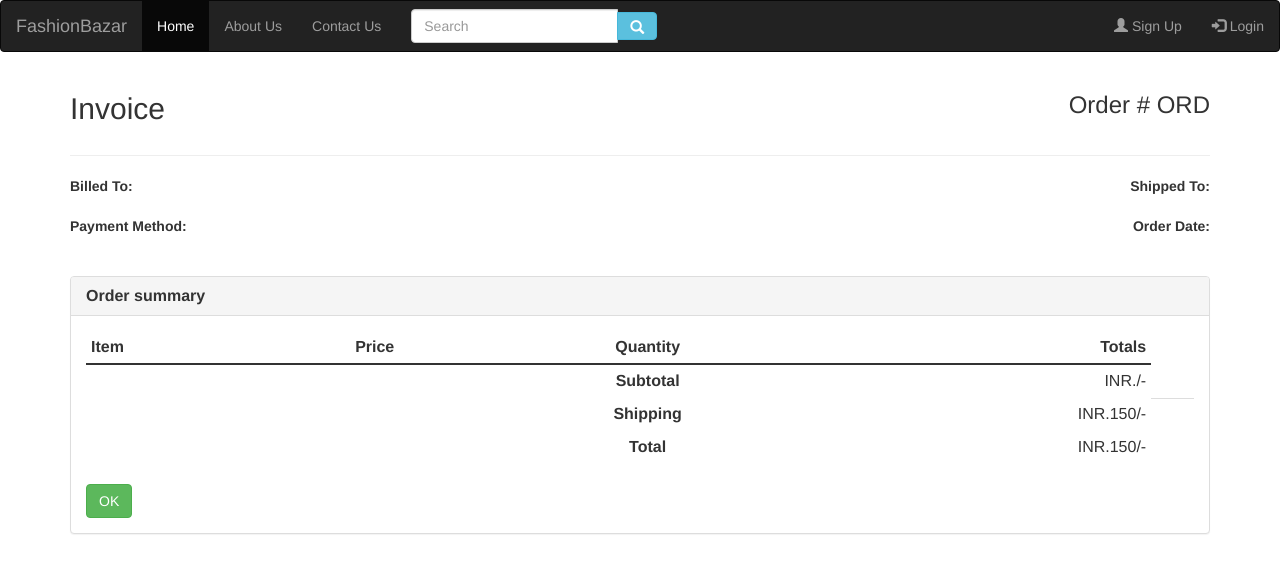
Repository: SmithaMendonca/Project-1
Page: http://localhost/FashionBazarFrontend/WEB-INF/views/Receipt.jsp
These files come from the project's save history. The page is drawn as it stood at one moment and after the next save; the edit follows.
The browser window is 1280 px wide. The pictures show the whole page.
The page is served by Tomcat 9. Nobody is signed in. Other server files are loaded and not shown. The template is opened directly, without the code that normally fills it, so the values that code supplies are empty.

Above is the page before, as saved 2019-06-06 06:00:14.

### FashionBazarFrontend/src/main/webapp/WEB-INF/views/Receipt.jsp
<%@include file="Header.jsp"%>
<html>
<head>
<style type="text/css">
.invoice-title h2, .invoice-title h3 {
    display: inline-block;
}

.table > tbody > tr > .no-line {
    border-top: none;
}

.table > thead > tr > .no-line {
    border-bottom: none;
}

.table > tbody > tr > .thick-line {
    border-top: 2px solid;
}
</style>
</head>
<body>
<div class="container">
    <div class="row">
        <div class="col-xs-12">
    		<div class="invoice-title">
    			<h2>Invoice</h2><h3 class="pull-right">Order # ORD${orderInfo.orderId}</h3>
    		</div>
    		<hr>
    		<div class="row">
    			<div class="col-xs-6">
    				<address>
    				<strong>Billed To:</strong><br>
    					${orderInfo.username}
    				</address>
    			</div>
    			<div class="col-xs-6 text-right">
    				<address>
        			<strong>Shipped To:</strong><br>
    					${address}
    				</address>
    			</div>
    		</div>
    		<div class="row">
    			<div class="col-xs-6">
    				<address>
    					<strong>Payment Method:</strong><br>
    					  ${orderInfo.pmode}<br>
    				</address>
    			</div>
    			<div class="col-xs-6 text-right">
    				<address>
    					<strong>Order Date:</strong><br>
    					${orderInfo.orderDate}<br>
    				</address>
    			</div>
    		</div>
    	</div>
    </div>

  <form action="<c:url value="/thanks"/>" method="post">
    <div class="row">
    	<div class="col-md-12">
    		<div class="panel panel-default">
    			<div class="panel-heading">
    				<h3 class="panel-title"><strong>Order summary</strong></h3>
    			</div>
    			<div class="panel-body">
    				<div class="table-responsive">
    					<table class="table table-condensed">
    						<thead>
                                <tr>
        							<td><strong>Item</strong></td>
        							<td class="text-center"><strong>Price</strong></td>
        							<td class="text-center"><strong>Quantity</strong></td>
        							<td class="text-right"><strong>Totals</strong></td>
                                </tr>
    						</thead>
    						<tbody>

    							<c:forEach items="${cartItems}" var="cartItem">
    							<tr>
    								<td>${cartItem.productName}</td>
    								<td class="text-center">${cartItem.price}</td>
    								<td class="text-center">${cartItem.quantity}</td>
    								<td class="text-right">${cartItem.price*cartItem.quantity}</td>
    							</tr>
    							</c:forEach>
    							<tr>
    								<td class="thick-line"></td>
    								<td class="thick-line"></td>
    								<td class="thick-line text-center"><strong>Subtotal</strong></td>
    								<td class="thick-line text-right">INR.${grandTotal}/-</td>
    							</tr>
    							<tr>
    								<td class="no-line"></td>
    								<td class="no-line"></td>
    								<td class="no-line text-center"><strong>Shipping</strong></td>
    								<td class="no-line text-right">INR.150/-<td>
    							</tr>
    							<tr>
    								<td class="no-line"></td>
    								<td class="no-line"></td>
    								<td class="no-line text-center"><strong>Total</strong></td>
    								<td class="no-line text-right">INR.${grandTotal+150}/-</td>
    							</tr>
    						</tbody>
    					</table>
    					<input type="submit" value="OK" class="btn btn-success">
    				</div>
    			</div>
    		</div>
    	</div>
    </div>
  </form>
</div>

</body>
</html>

### FashionBazarFrontend/src/main/webapp/WEB-INF/views/Header.jsp
<%@ page language="java" contentType="text/html"%>
<%@ taglib uri="http://java.sun.com/jsp/jstl/core" prefix="c"%>
<%@taglib prefix="form" uri="http://www.springframework.org/tags/form"%>
<html>
<head>
<title>Welcome to Fashion Bazar</title>
 <meta charset="utf-8">
 <meta name="viewport" content="width=device-width, initial-scale=1">
 <link rel="stylesheet" href="https://maxcdn.bootstrapcdn.com/bootstrap/3.4.0/css/bootstrap.min.css">
  <script src="https://ajax.googleapis.com/ajax/libs/jquery/3.4.0/jquery.min.js"></script>
  <script src="https://maxcdn.bootstrapcdn.com/bootstrap/3.4.0/js/bootstrap.min.js"></script>
</head>
<body>
	  <nav class="navbar navbar-inverse">
      <div class="container-fluid">
        <div class="navbar-header">
	         <a class="navbar-brand" href="#">FashionBazar</a>
        </div>
        <ul class="nav navbar-nav">
         <c:if test="${!sessionScope.loggedIn }">
	      <li class="active"><a href="index.jsp">Home</a></li>
          <li><a href="<c:url value="/aboutus"/>">About Us</a></li>
          <li><a href="<c:url value="/contactus"/>">Contact Us</a></li>
          <form class="navbar-form navbar-left">
  				<div class="input-group">
    			  <input type="text" class="form-control" placeholder="Search">
   				 	<div class="input-group-btn">
      				<button class="btn btn-info" type="button">
        				<span class="glyphicon glyphicon-search"></span>
      				</button>
    				</div>
  				</div>
			</form>
         </c:if>

         <c:if test="${sessionScope.loggedIn }">
               <c:if test="${sessionScope.role=='ROLE_ADMIN' }">
	      <li><a href="<c:url value="/category"/>">Category Management</a></li>
          <li><a href="<c:url value="/product"/>">Product Management</a></li>
               </c:if>
         </c:if>

          <c:if test="${sessionScope.loggedIn }">
              <c:if test="${sessionScope.role=='ROLE_USER' }">
           <li><a href="<c:url value="/productPage"/>">Products</a></li>
          <li><a href="<c:url value="/showCart"/>">Cart</a></li>
              </c:if>
          </c:if>
       </ul>

       <ul class="nav navbar-nav navbar-right">
         <c:if test="${!sessionScope.loggedIn }">
	     	<li><a href="<c:url value="/register"/>"><span class="glyphicon glyphicon-user"></span> Sign Up</a></li>
        	 <li><a href="<c:url value="/login"/>"><span class="glyphicon glyphicon-log-in"></span> Login</a></li>
         </c:if>

         <c:if test="${sessionScope.loggedIn }">
            <li><a href="#"><span class="glyphicon glyphicon-user"></span>Hi ${sessionScope.username}</a></li>
            <li><a href="<c:url value="/perform_logout"/>"><span class="glyphicon glyphicon-log-in"></span> Logout</a></li>
         </c:if>
       </ul>
     </div>
    </nav>
</body>
</html>

After the next save:
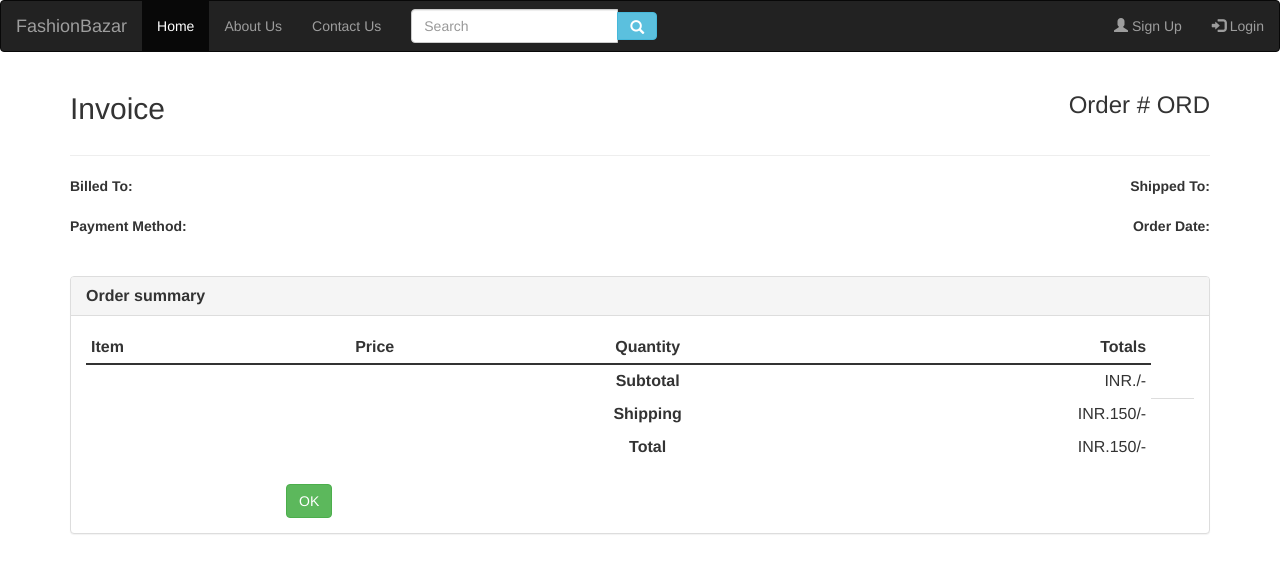
Saved 8 min 13 s later.
--- a/FashionBazarFrontend/src/main/webapp/WEB-INF/views/Receipt.jsp
+++ b/FashionBazarFrontend/src/main/webapp/WEB-INF/views/Receipt.jsp
@@ -106,7 +106,7 @@
     							</tr>
     						</tbody>
     					</table>
-    					<input type="submit" value="OK" class="btn btn-success">
+    					<input style="margin-left: 200px" type="submit" value="OK" class="btn btn-success">
     				</div>
     			</div>
     		</div>
